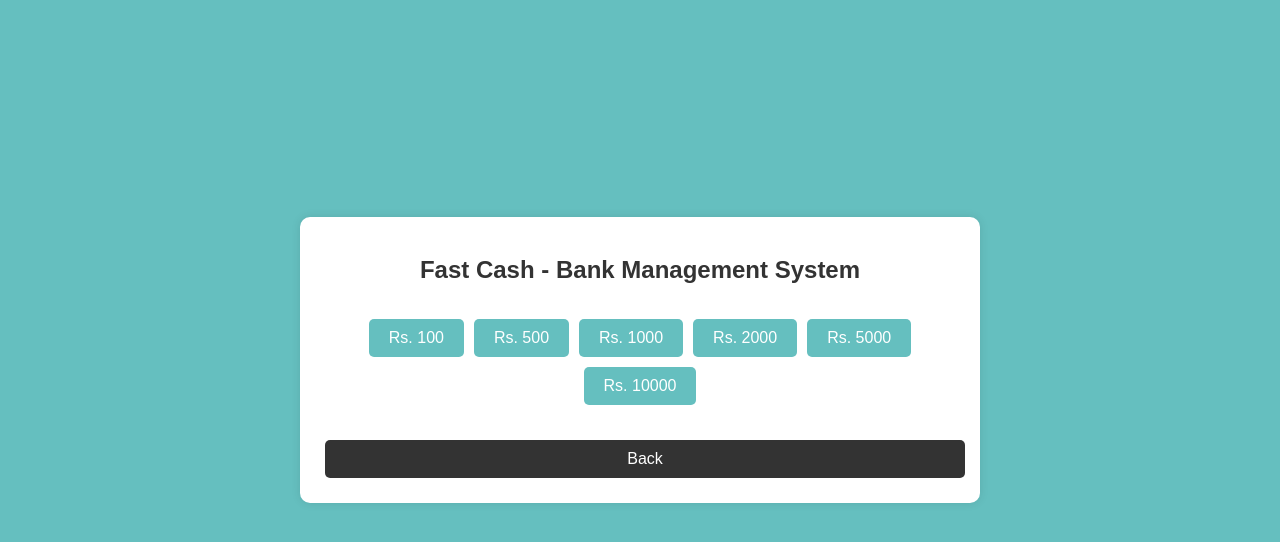
Repository: gauravraj08/bankingSystemJspServlet
Page: http://localhost/BankMangementSystem/fastCash.jsp
These files come from the project's save history. The page is drawn as it stood at one moment and after the next save; the edit follows.
The browser window is 1280 px wide. The pictures show the whole page.
The page is served by Tomcat 9. Other server files are loaded and not shown.

Above is the page before, as saved 2024-04-19 09:49:30.

### BankMangementSystem/src/main/webapp/fastCash.jsp
<%@ page language="java" contentType="text/html; charset=UTF-8" pageEncoding="UTF-8"%>
<!DOCTYPE html>
<html lang="en">
<head>
    <meta charset="UTF-8">
    <meta name="viewport" content="width=device-width, initial-scale=1.0">
    <title>Fast Cash - Bank Management System</title>
    <style>
        body {
            background-color: #65BFBF;
            font-family: Arial, sans-serif;
            display: flex;
            justify-content: center;
            align-items: center;
            height: 100vh;
            margin: 0;
        }

        .container {
            width: 50%;
            padding: 20px;
            background-color: #fff;
            border-radius: 10px;
            box-shadow: 0 0 10px rgba(0, 0, 0, 0.1);
        }

        h2 {
            text-align: center;
            margin-bottom: 30px;
            color: #333;
        }

        .button-container {
            display: flex;
            flex-wrap: wrap;
            justify-content: center;
            margin-bottom: 20px;
        }

        button {
            margin: 5px;
            padding: 10px 20px;
            border: none;
            border-radius: 5px;
            background-color: #65BFBF;
            color: #fff;
            font-size: 16px;
            cursor: pointer;
            transition: background-color 0.3s ease;
        }

        button:hover {
            background-color: #4D9F9F;
        }

        button.back-button {
            width: 100%;
            margin-top: 10px;
            background-color: #333;
        }

        button.back-button:hover {
            background-color: #555;
        }
    </style>
</head>
<body>
    <div class="container">
        <h2>Fast Cash - Bank Management System</h2>
        <div class="button-container">
            <button onclick="withdraw(100)">Rs. 100</button>
            <button onclick="withdraw(500)">Rs. 500</button>
            <button onclick="withdraw(1000)">Rs. 1000</button>
            <button onclick="withdraw(2000)">Rs. 2000</button>
            <button onclick="withdraw(5000)">Rs. 5000</button>
            <button onclick="withdraw(10000)">Rs. 10000</button>
        </div>
        <button class="back-button" onclick="redirectToMain()">Back</button>
    </div>

    <script>
        function withdraw(amount) {
            if (confirm('Are you sure you want to withdraw Rs ' + amount + '?')) {
                window.location.href = 'FastCashServlet?amount=' + amount;
            }
        }

        function redirectToMain() {
            window.location.href = 'main_class.jsp';
        }
    </script>
</body>
</html>

After the next save:
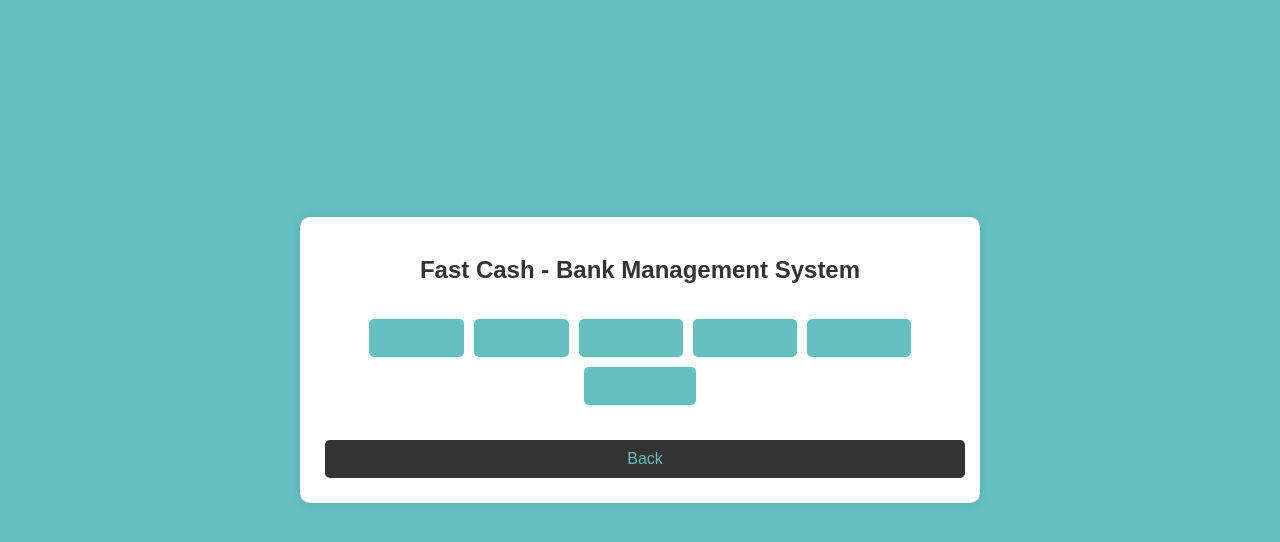
Saved 77 s later.
--- a/BankMangementSystem/src/main/webapp/fastCash.jsp
+++ b/BankMangementSystem/src/main/webapp/fastCash.jsp
@@ -43,7 +43,7 @@
             border: none;
             border-radius: 5px;
             background-color: #65BFBF;
-            color: #fff;
+            color: #65BFBF;
             font-size: 16px;
             cursor: pointer;
             transition: background-color 0.3s ease;

After the save that followed:
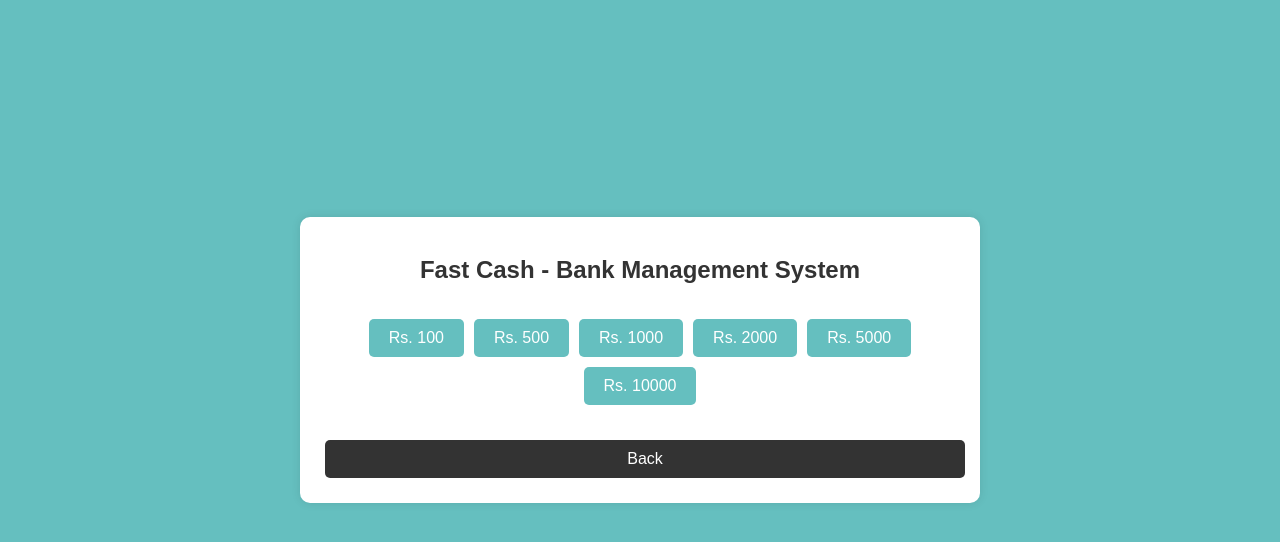
Saved 8 s later.
--- a/BankMangementSystem/src/main/webapp/fastCash.jsp
+++ b/BankMangementSystem/src/main/webapp/fastCash.jsp
@@ -43,7 +43,7 @@
             border: none;
             border-radius: 5px;
             background-color: #65BFBF;
-            color: #65BFBF;
+            color: #fff;
             font-size: 16px;
             cursor: pointer;
             transition: background-color 0.3s ease;
